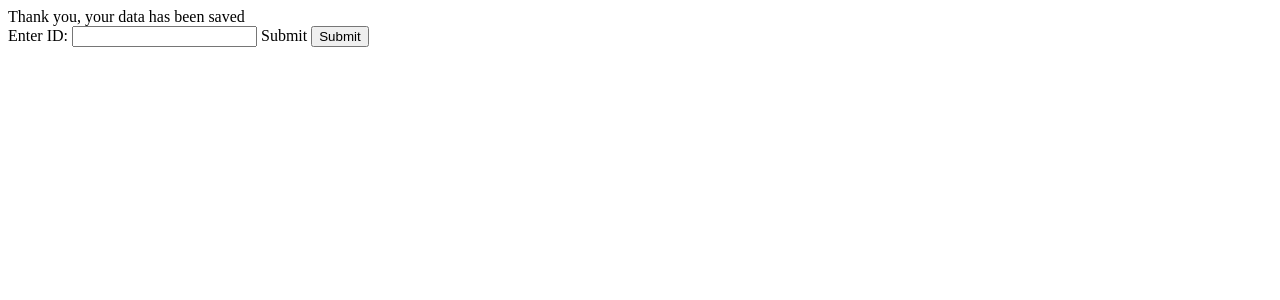
Repository: amittomar287/springbootbasics
Page: http://localhost/springJPA/ThankYou.jsp
The author's editor kept a copy of each file at every save. The page is drawn from the files as they stood at one save, then again after a run of saves.
The browser window is 1280 px wide. The pictures show the whole page.
The page is served by Tomcat 9.

Above is the page before, as saved 2022-08-06 05:16:33.

After the next 2 saves:
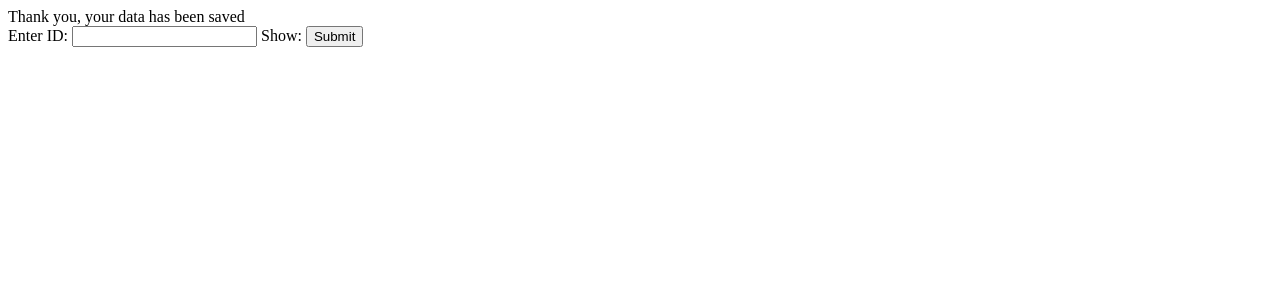
The 2 saves are shown as one change because they came seconds apart.
The last was saved 9 s later.
--- a/springJPA/src/main/webapp/ThankYou.jsp
+++ b/springJPA/src/main/webapp/ThankYou.jsp
@@ -12,7 +12,7 @@
 
 <form action="getAlien">
 Enter ID: <input type="text" name="id">
-Submit <input type="submit"><br>
+Show: <input type="submit"><br>
 </form>
 
 </body>
